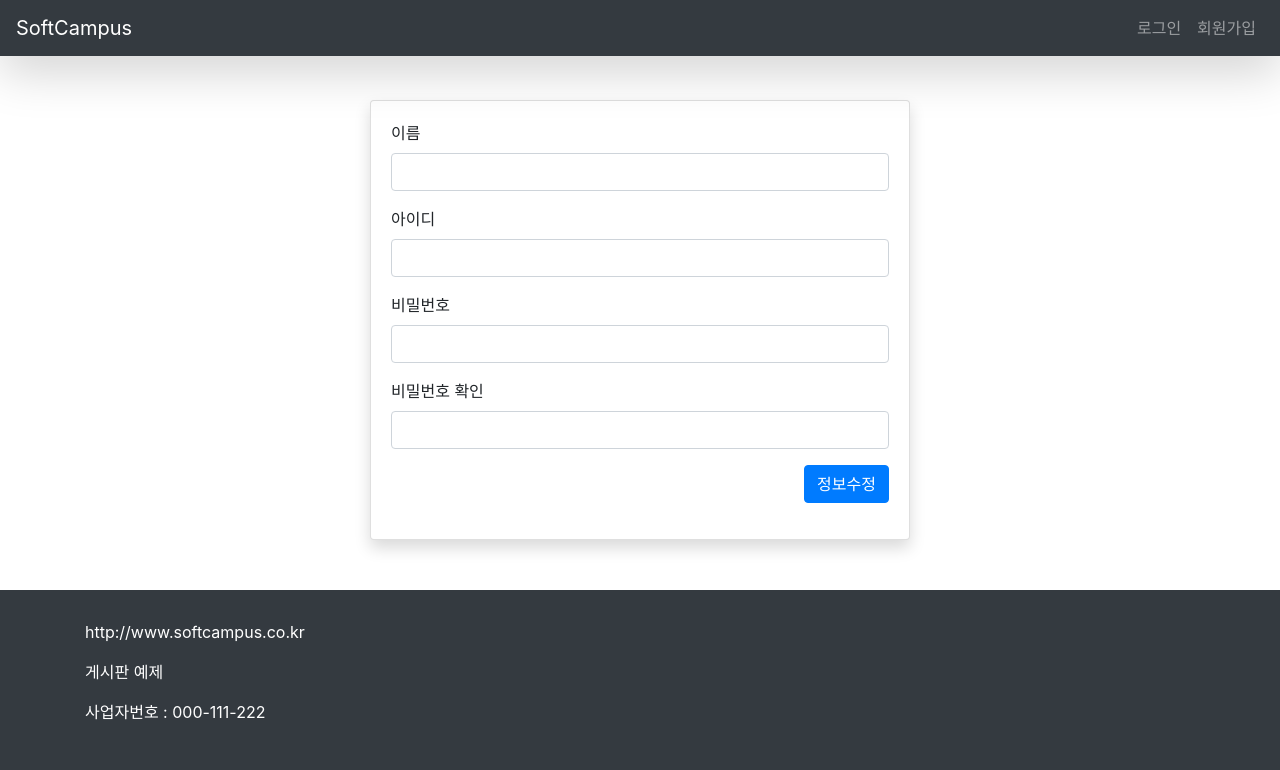
Repository: Wunhyeon/SpringMVC
Page: http://localhost/MiniProjectJava/WEB-INF/views/user/modify.jsp
The author's editor kept a copy of each file at every save. The page is drawn from the files as they stood at one save, then again after the next save.
The browser window is 1280 px wide. The pictures show the whole page.
The page is served by Tomcat 9. Nobody is signed in. The template is opened directly, without the code that normally fills it, so the values that code supplies are empty.

Above is the page before, as saved 2020-09-06 23:36:54.

After the next save:
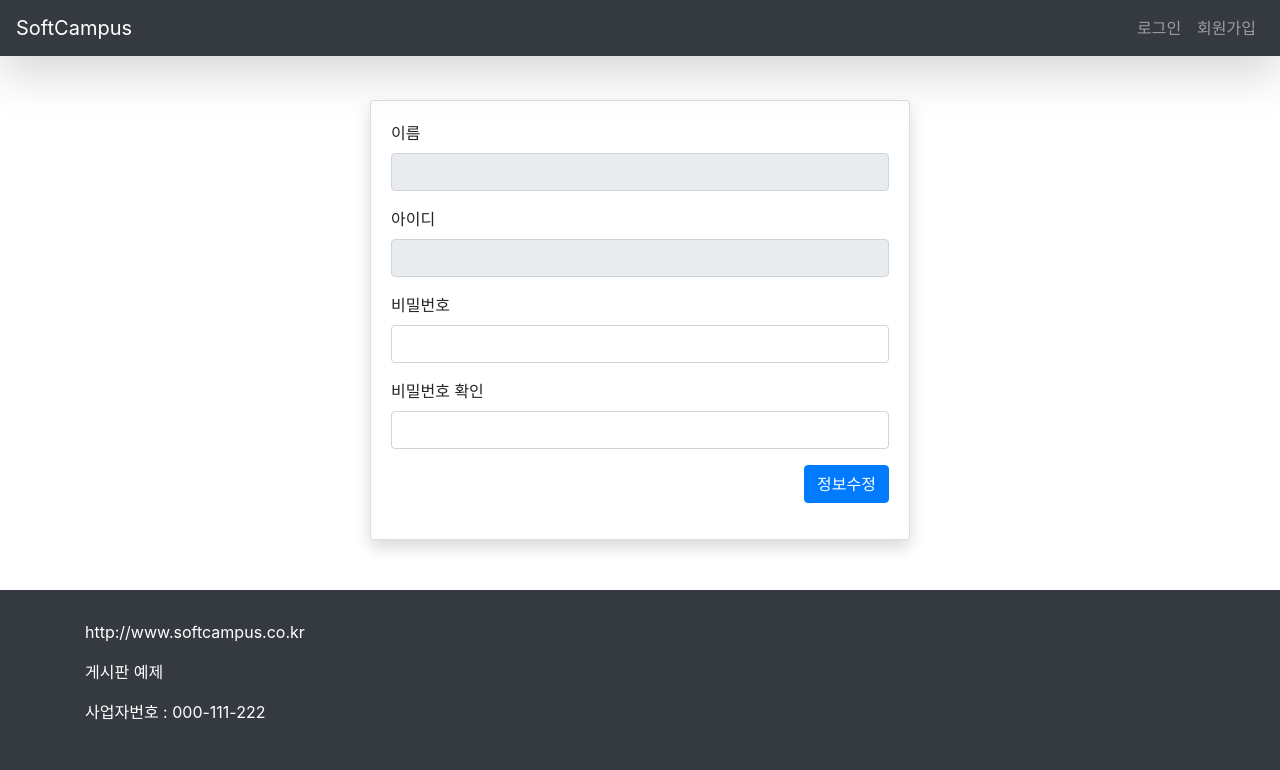
Saved 10 min 27 s later.
--- a/MiniProjectJava/WebContent/WEB-INF/views/user/modify.jsp
+++ b/MiniProjectJava/WebContent/WEB-INF/views/user/modify.jsp
@@ -32,11 +32,11 @@
 					<form:form action="${root }user/modify_pro" method="post" modelAttribute="modifyUserBean">
 						<div class="form-group">
 							<form:label path="user_name">이름</form:label>
-							<form:input path="user_name" class="form-control" />
+							<form:input path="user_name" class="form-control" disabled="true" />
 						</div>
 						<div class="form-group">
 							<form:label path="user_id">아이디</form:label>
-							<form:input path="user_id" class="form-control" />
+							<form:input path="user_id" class="form-control" disabled="true" />
 						</div>
 						<div class="form-group">
 							<form:label path="user_pw">비밀번호</form:label>
